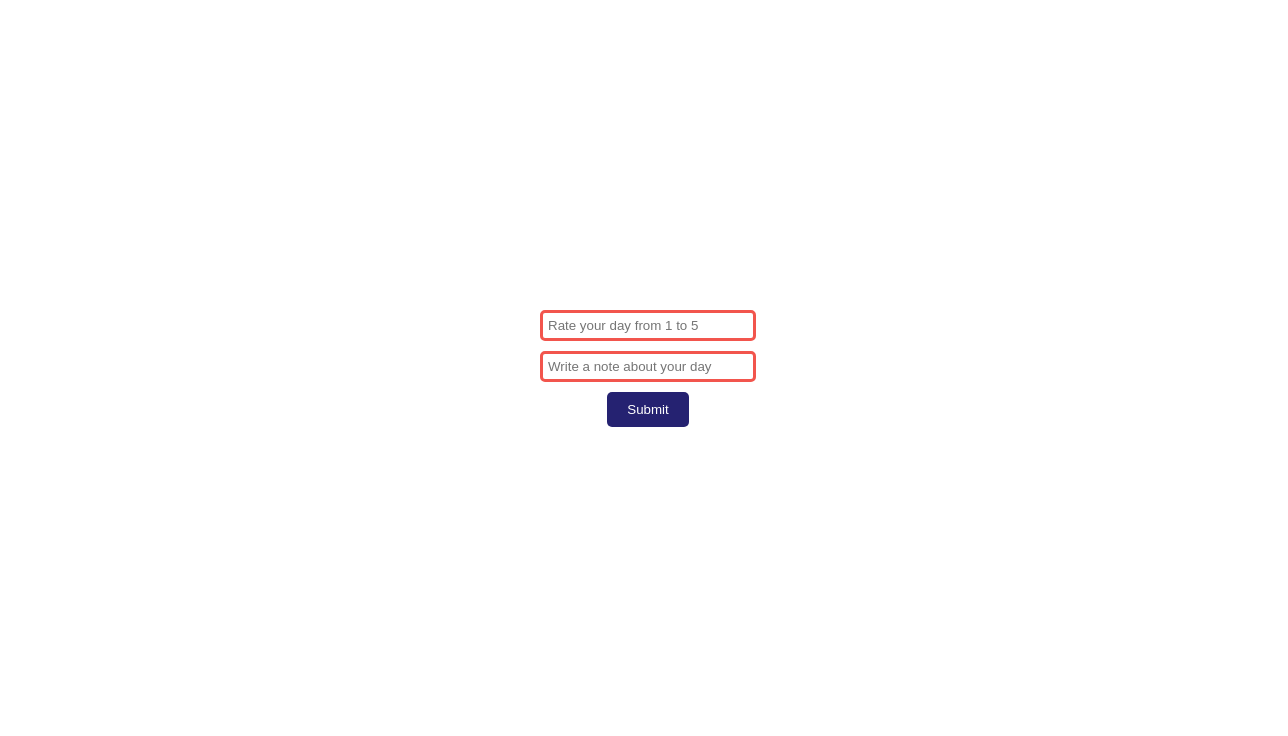
Repository: elenav24/RateMyDay
Page: frontend/index.html
An editor plug-in stored every save of this project. The page is shown before and after the next save, followed by the edit.
The browser window is 1280 px wide. The page is 1288 px wide, so the pictures cover 1288 px, including what lies to the right of the window. The pictures show the whole page.

Above is the page before, as saved 2025-05-15 01:22:54.

After the next save:
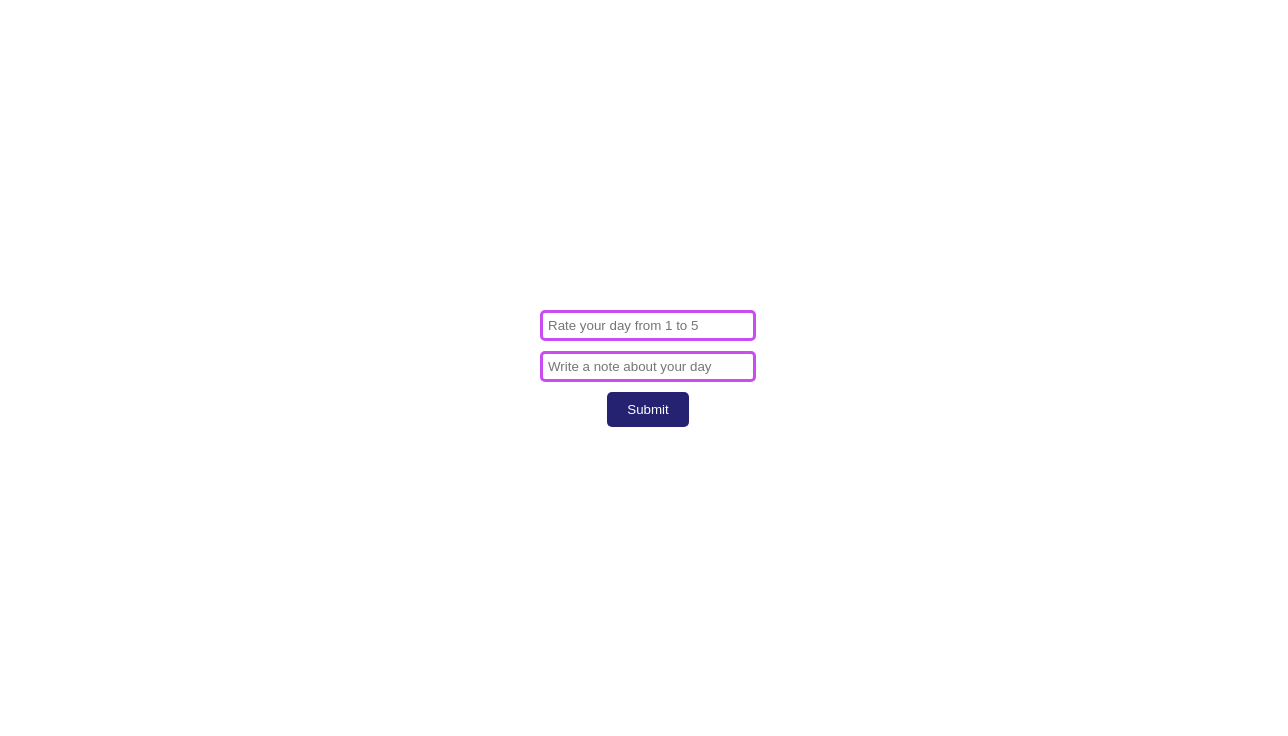
Saved 15 s later.
--- a/frontend/style.css
+++ b/frontend/style.css
@@ -8,7 +8,7 @@
 }
 
 #rating, #note {
-    border: 3px solid #f2554d;
+    border: 3px solid #cb4df2;
     border-radius: 5px;
     width: 200px;
     padding: 5px;
